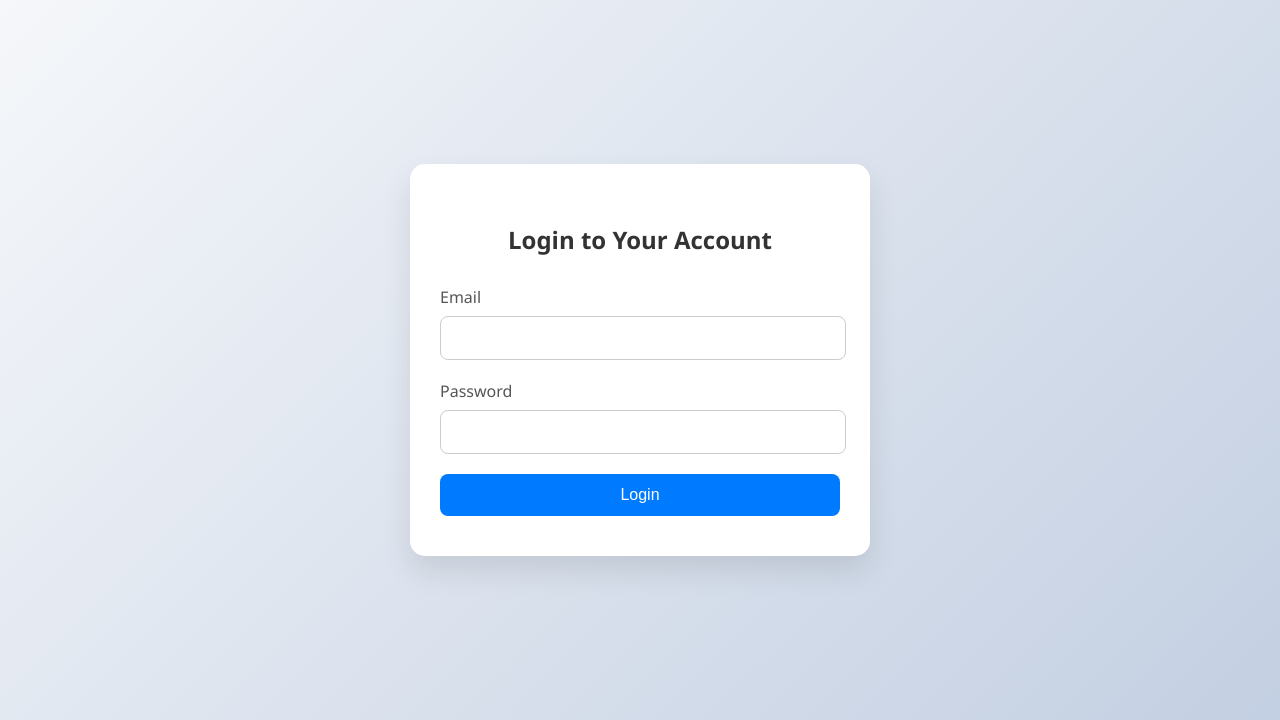
Repository: Pushc/Ecommerce
Page: frontend/login.html
The author's editor kept a copy of each file at every save. The page is drawn from the files as they stood at one save, then again after the next save.
The browser window is 1280 px wide. The pictures show the whole page.

Above is the page before, as saved 2025-05-08 18:56:20.

### frontend/login.html
<!DOCTYPE html>
<html lang="en">
<head>
  <meta charset="UTF-8">
  <meta name="viewport" content="width=device-width, initial-scale=1">
  <title>Login</title>
  <style>
    body {
      margin: 0;
      padding: 0;
      font-family: "Segoe UI", Tahoma, Geneva, Verdana, sans-serif;
      background: linear-gradient(135deg, #f5f7fa, #c3cfe2);
      height: 100vh;
      display: flex;
      justify-content: center;
      align-items: center;
    }

    .login-container {
      background: #ffffff;
      padding: 40px 30px;
      border-radius: 15px;
      box-shadow: 0 15px 30px rgba(0, 0, 0, 0.1);
      width: 100%;
      max-width: 400px;
    }

    .login-container h2 {
      text-align: center;
      margin-bottom: 30px;
      color: #333;
    }

    .form-group {
      margin-bottom: 20px;
    }

    .form-group label {
      display: block;
      margin-bottom: 8px;
      color: #555;
    }

    .form-group input {
      width: 95%;
      padding: 12px;
      border: 1px solid #ccc;
      border-radius: 8px;
      font-size: 16px;
      transition: 0.3s;
    }

    .form-group input:focus {
      border-color: #007bff;
      outline: none;
      box-shadow: 0 0 5px rgba(0, 123, 255, 0.4);
    }

    .login-btn {
      width: 100%;
      padding: 12px;
      background-color: #007bff;
      color: white;
      border: none;
      border-radius: 8px;
      font-size: 16px;
      cursor: pointer;
      transition: background-color 0.3s;
    }

    .login-btn:hover {
      background-color: #0056b3;
    }

    .signup-link {
      text-align: center;
      margin-top: 15px;
      font-size: 14px;
    }

    .signup-link a {
      color: #007bff;
      text-decoration: none;
    }

    .signup-link a:hover {
      text-decoration: underline;
    }
  </style>

  <script src="https://cdn.jsdelivr.net/npm/axios/dist/axios.min.js"></script>
</head>
<body>

  <div class="login-container">
    <div id="register-success" style="display: none; color: green; text-align: center; margin-bottom: 15px;">
      Registration successful. Please log in.
    </div>
    <h2>Login to Your Account</h2>
    <form id="login-form" method="post">
      <div class="form-group">
        <label for="email">Email</label>
        <input type="text" id="email" name="email" required />
      </div>
      <div class="form-group">
        <label for="password">Password</label>
        <input type="password" id="password" name="password" required />
      </div>
      <button type="submit" class="login-btn">Login</button>
    </form>
  </div>



  <script src="/js/login.js"></script>
  <script>
    // Check if the URL has ?registered=true
    const urlParams = new URLSearchParams(window.location.search);
    if (urlParams.get('registered') === 'true') {
      document.getElementById('register-success').style.display = 'block';
    }
  </script>

</body>
</html>

Loaded but not shown: frontend/js/login.js (no copy from this time; the picture is the same without it)

After the next save:
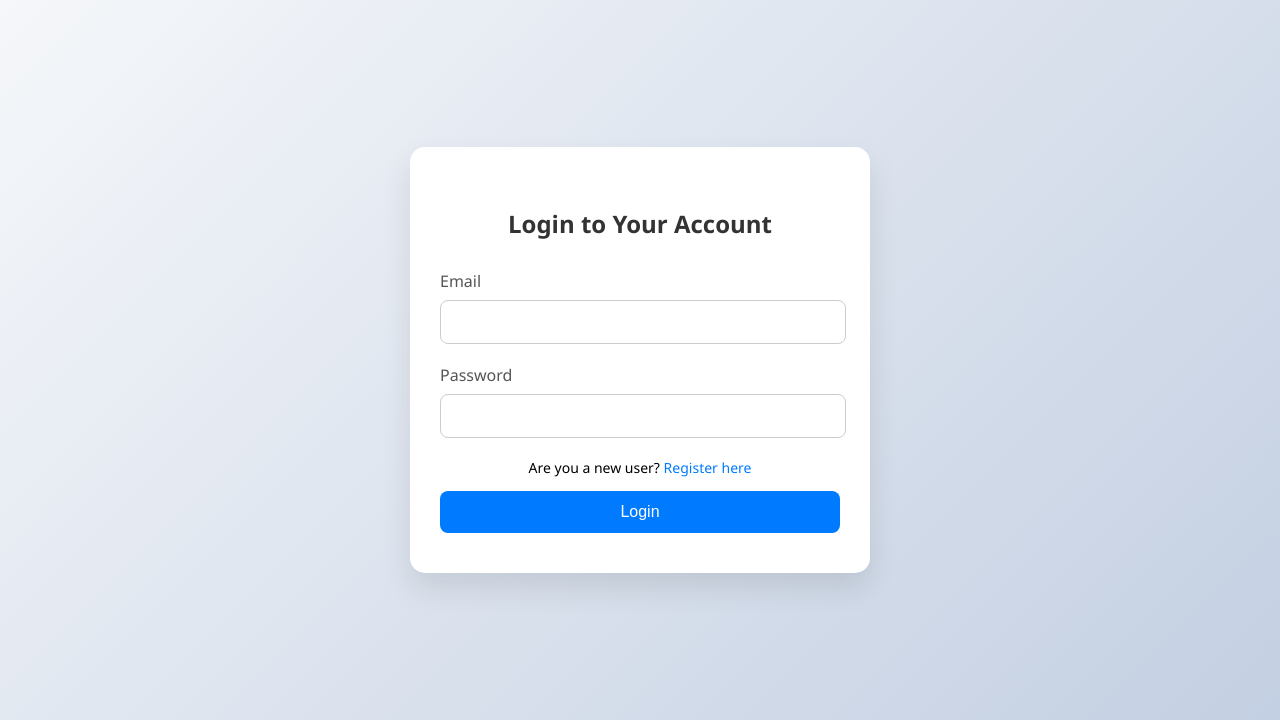
Saved 4 min 56 s later.
--- a/frontend/login.html
+++ b/frontend/login.html
@@ -106,6 +106,10 @@
         <label for="password">Password</label>
         <input type="password" id="password" name="password" required />
       </div>
+      <!-- "Are you a new user?" section -->
+      <div class="signup-link">
+        <p>Are you a new user? <a href="register.html">Register here</a></p>
+      </div>
       <button type="submit" class="login-btn">Login</button>
     </form>
   </div>
